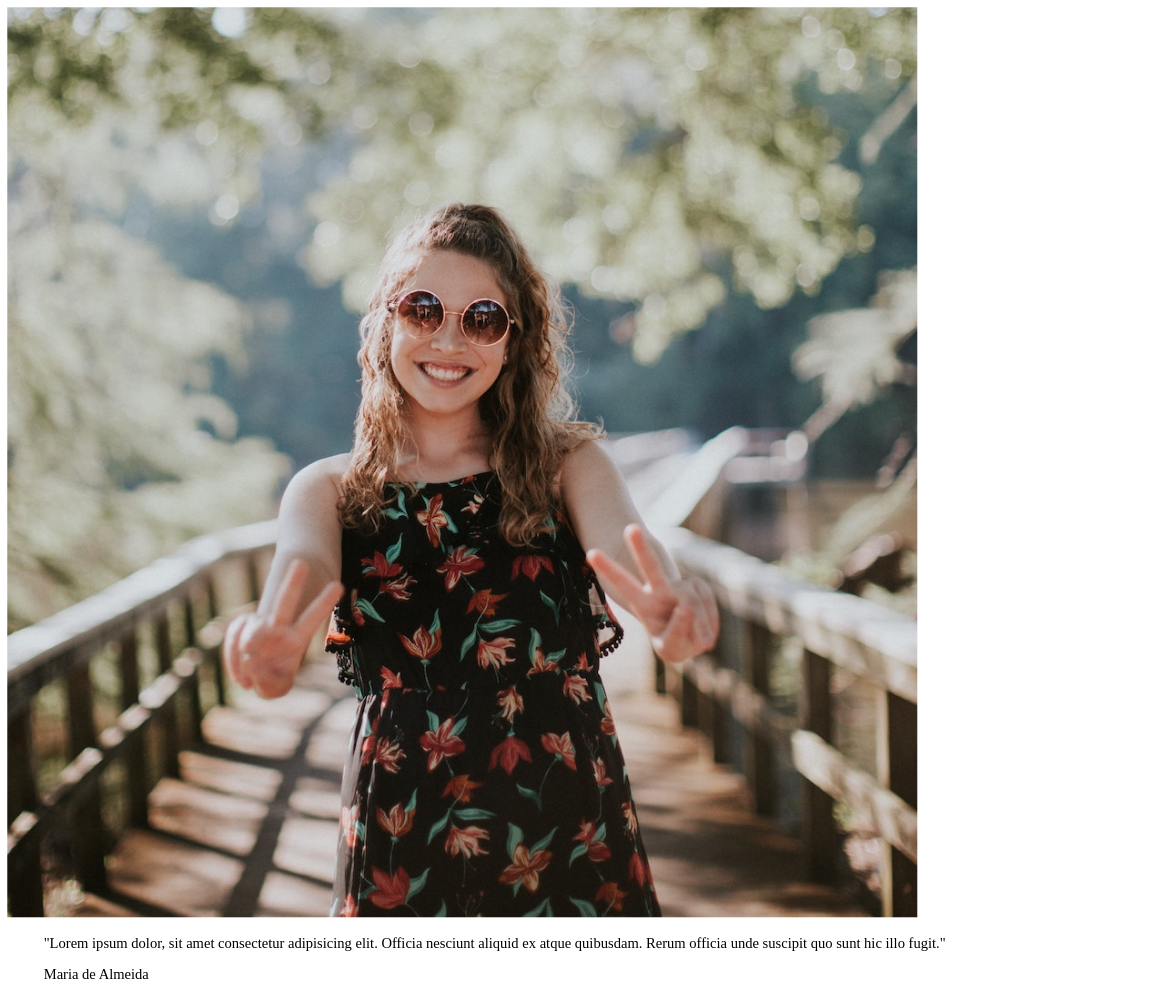
Repository: nghiakma/HTML-CSS-Fundamental
Page: Component_LayoutPatterns/carousel.html
The author's editor kept a copy of each file at every save. The page is drawn from the files as they stood at one save, then again after the next save.
The browser window is 1280 px wide. The pictures show the whole page, at 91% of full size.

Above is the page before, as saved 2023-08-26 11:30:46.

### Component_LayoutPatterns/carousel.html
<!DOCTYPE html>
<html lang="en">

<head>
  <meta charset="UTF-8">
  <meta name="viewport" content="width=device-width, initial-scale=1.0">
  <title>Carousel Component</title>
</head>

<body>
  <div class="carousel">
    <img src="maria.jpg" alt="maria">
    <blockquote class="testimonial">
      <p class="testimonial-text">
        "Lorem ipsum dolor, sit amet consectetur adipisicing elit. Officia
        nesciunt aliquid ex atque quibusdam. Rerum officia unde suscipit quo
        sunt hic illo fugit."
      </p>
      <p class="testimonial-author">Maria de Almeida</p>
    </blockquote>
  </div>
</body>

</html>

After the next save:
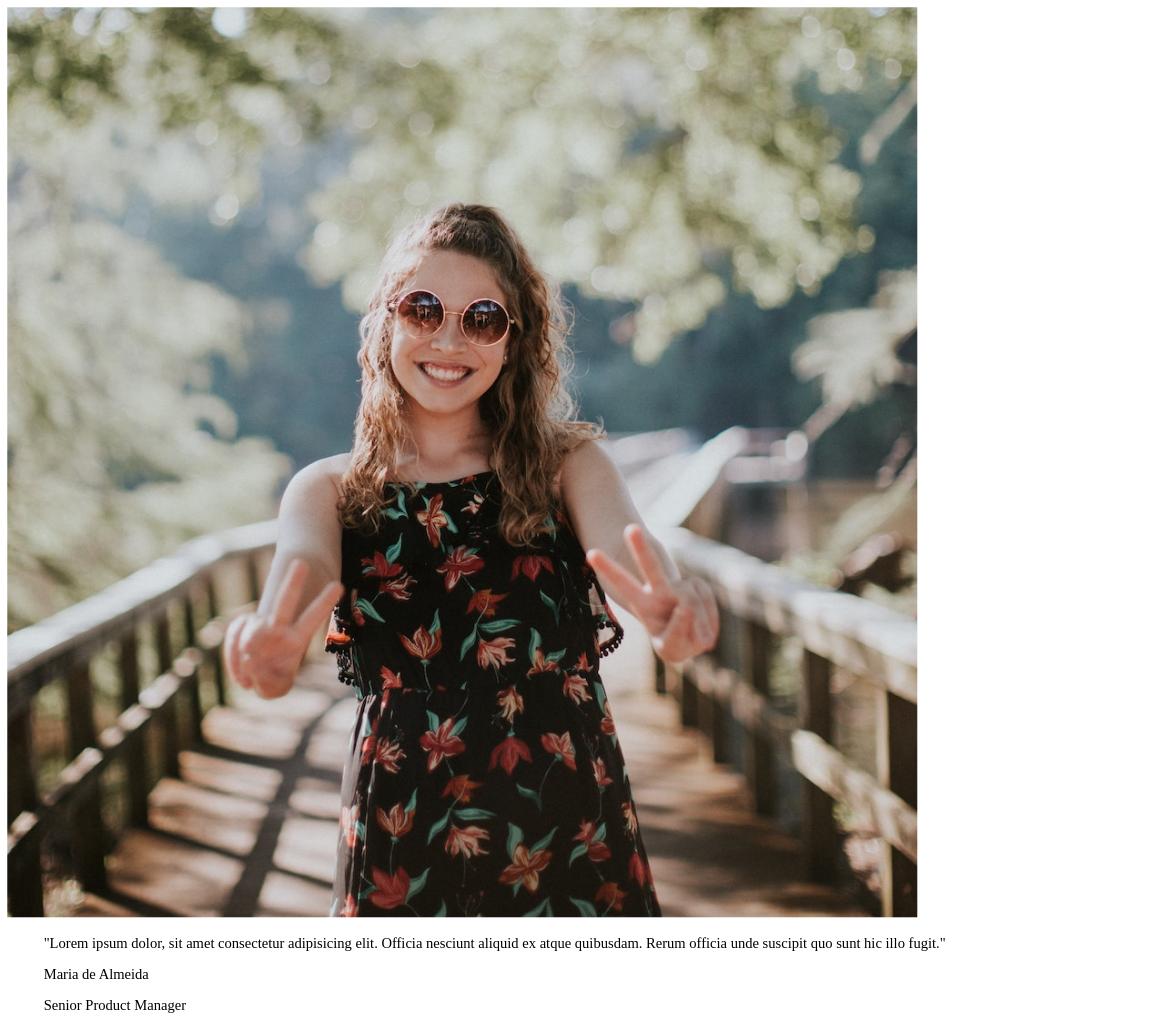
Saved 22 s later.
--- a/Component_LayoutPatterns/carousel.html
+++ b/Component_LayoutPatterns/carousel.html
@@ -17,6 +17,7 @@
         sunt hic illo fugit."
       </p>
       <p class="testimonial-author">Maria de Almeida</p>
+      <p class="testimonial-job">Senior Product Manager</p>
     </blockquote>
   </div>
 </body>
